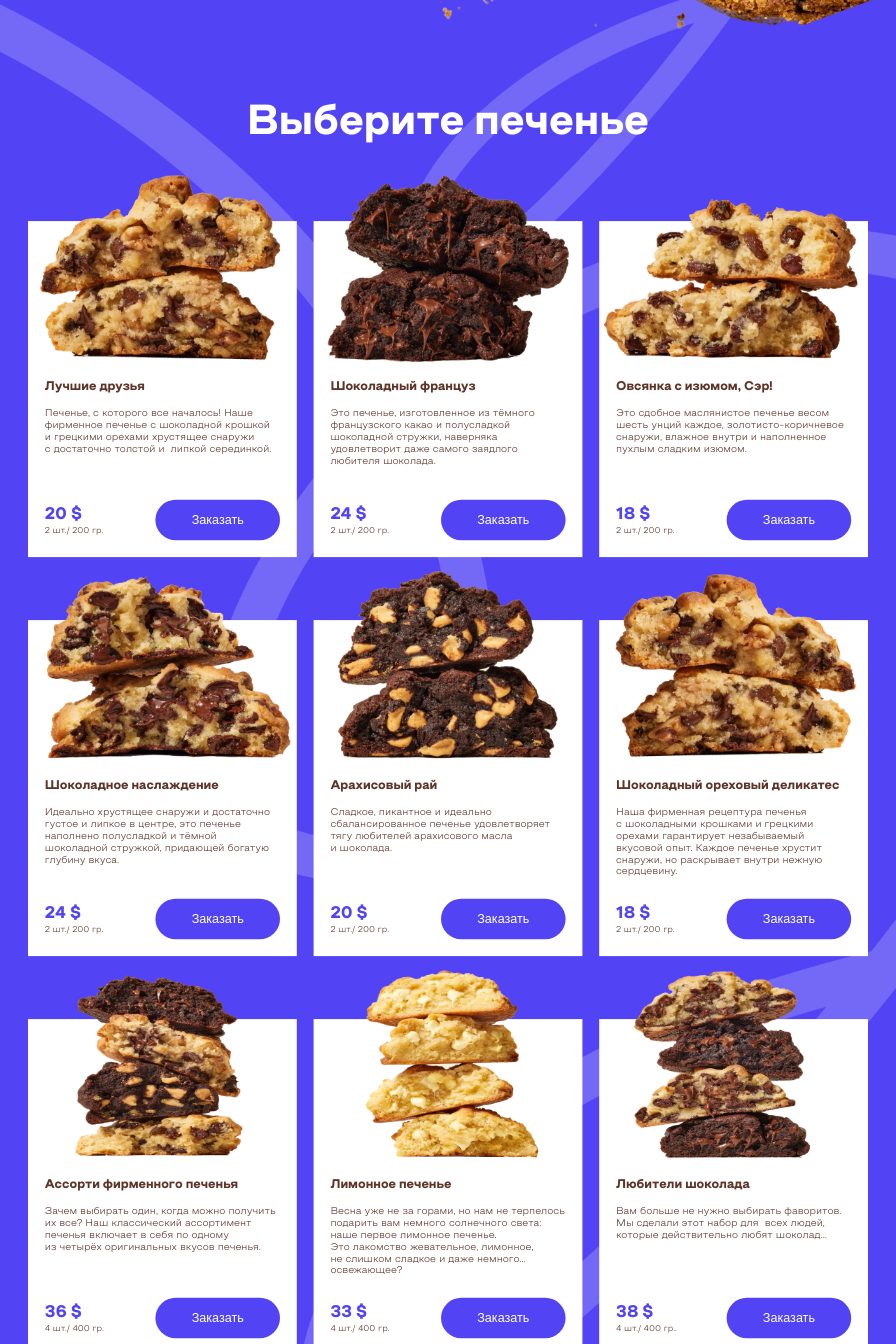
Repository: Albert24-Front-end/cookies-JS
Page: index.html
These files come from the project's save history. The page is drawn as it stood at one moment and after a run of saves; the edit follows.
The browser window is 1280 px wide. The pictures show the part of the page from y = 807 to 2727 px (the page is 5196 px tall before and 3006 px after), at 70% of full size.

Above is the page before, as saved 2025-01-27 18:50:11.
Console error: SyntaxError: Cannot use import statement outside a module

After the next 2 saves:
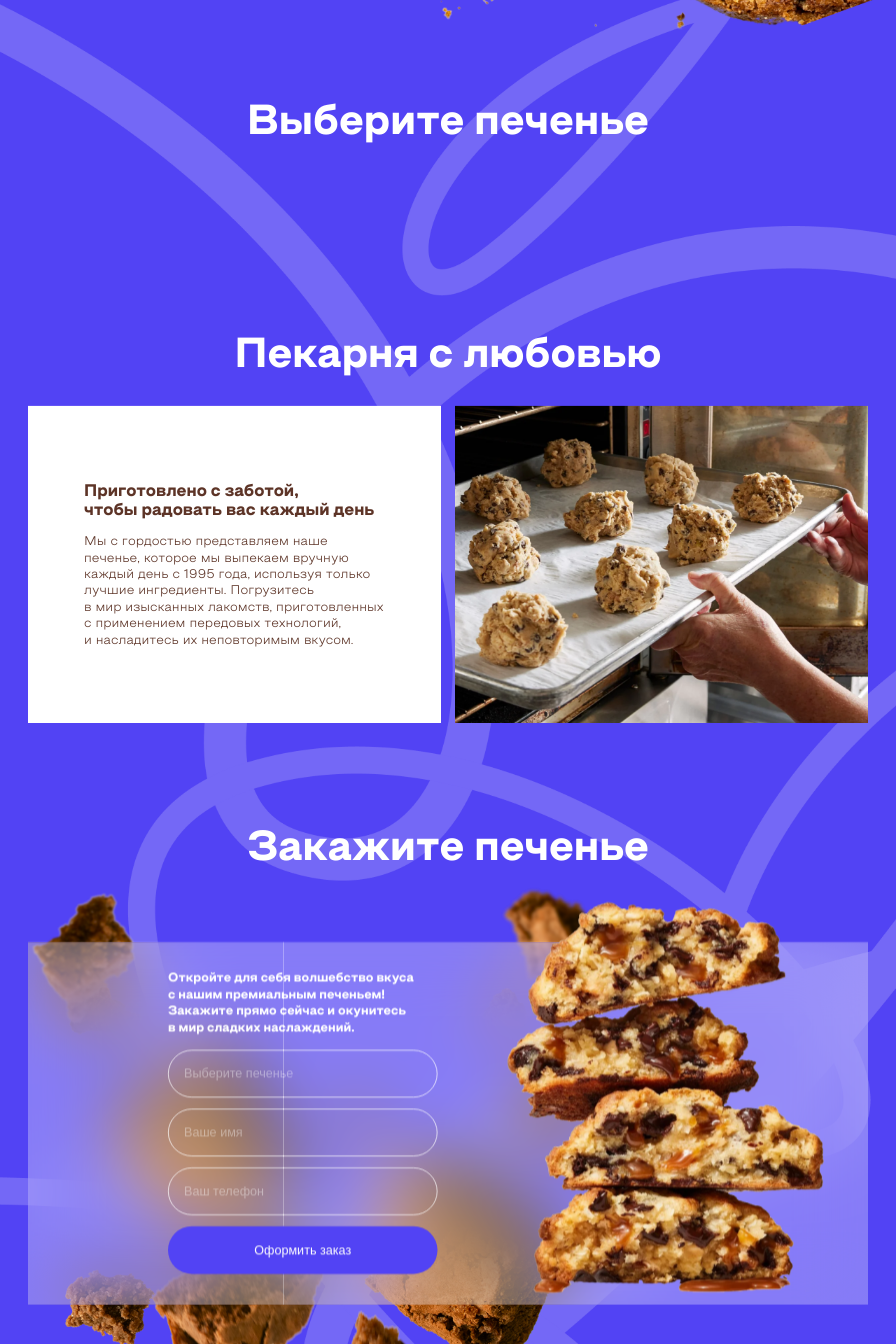
The 2 saves are shown as one change because they came seconds apart.
The last was saved 28 s later.
--- a/index.html
+++ b/index.html
@@ -50,7 +50,7 @@
             <img src="./images/line2.png" alt="line2" class="line2">
             <h2>Выберите печенье</h2>
             <div class="products-items">
-                <div class="products-item">
+                <!-- <div class="products-item">
                     <div class="image-wrapper"><img src="./images/1.png" alt="product1"></div>
                     <div class="products-item-details">
                         <h4>Лучшие друзья</h4>
@@ -250,7 +250,7 @@
                             <button class="button violet">Заказать</button>
                         </div>
                     </div>
-                </div>
+                </div> -->
             </div>
         </div>
     </section>
